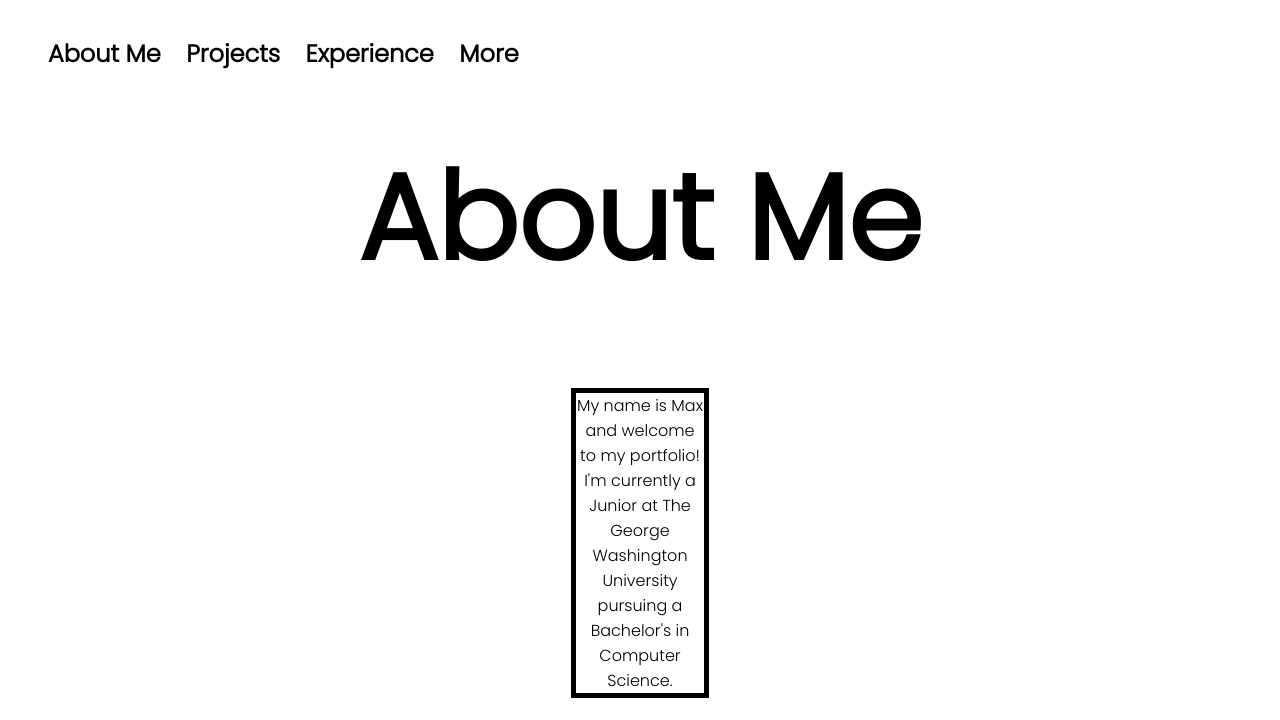
Repository: notMaximilian/maximilianaquino.github.io
Page: about.html
The author's editor kept a copy of each file at every save. The page is drawn from the files as they stood at one save, then again after the next save.
The browser window is 1280 px wide. The pictures show the whole page.

Above is the page before, as saved 2022-02-10 09:48:24.

### about.html
<!DOCTYPE html>
<html lang="en">

<head>
  <meta charset="UTF-8">
  <meta name="viewport" content="width=device-width, initial-scale=1, user-scaleable=no">
  <title>Max Aquino</title>
  <link rel="preconnect" href="https://fonts.googleapis.com">
  <link rel="preconnect" href="https://fonts.gstatic.com" crossorigin>
  <link href="https://fonts.googleapis.com/css2?family=Poppins:wght@300&display=swap" rel="stylesheet">
  <link rel="stylesheet" href="css/subpage.css">
</head>

<body>


      <div class="mainNav">
        <ul class = "navmenu">
          <li class = "navmenuItems"><h2 id="about">About Me</h2></li>
          <li class = "navmenuItems"><h2 id="projects">Projects</h2></li>
          <li class = "navmenuItems"><h2 id="experience">Experience</h2></li>
          <li class = "navmenuItems"><h2 id="more">More</h2></li>
        </ul>

      <br>
      <br>
      <br>
      <h1>About Me</h1>
      <p>My name is Max and welcome to my portfolio! I'm currently a Junior at
        The George Washington University pursuing a Bachelor's in Computer Science.

      </p>



  <!-- Maximilian Fade in and out -->

  <!-- <script src="js/game.js"></script> -->
</body>

</html>

### css/subpage.css
.corners{
    position: absolute;
    width: 16vw;
}

#cornerL{
    transform: translate(-35vw, 23vh);
}
#cornerR{
    transform: translate(35vw, 23vh);
}

#github{
    position: absolute;
    width: 7vw;
    transform: translate(32vw, 28vh);
}
#twitter{
    position: absolute;
    width: 7vw;
    transform: translate(-32vw, 30vh);
}

ul{
    list-style-type: none;
}
li{
    float: left;
    font-family: "Poppins", sans-serif;
    margin-right: 2vw;
}

h1{
    font-family: "Poppins", sans-serif;
    text-align: center;
    margin-top: 8vh;
    font-size: 120px;
}

p{
    inline-size: 10vw;
    font-family: "Poppins", sans-serif;
    text-align: center;
    border: 5px solid black;
    margin: 0 auto;
}

After the next save:
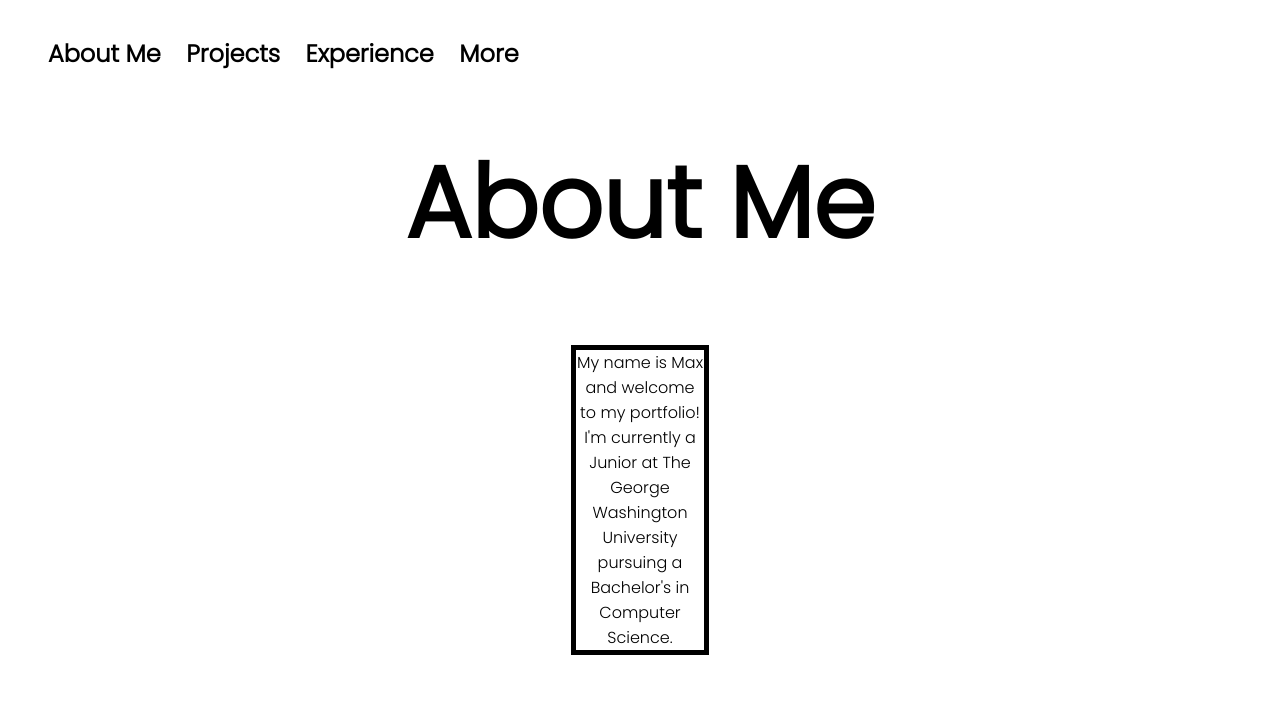
Saved 7 s later.
--- a/css/subpage.css
+++ b/css/subpage.css
@@ -34,7 +34,7 @@ h1{
     font-family: "Poppins", sans-serif;
     text-align: center;
     margin-top: 8vh;
-    font-size: 120px;
+    font-size: 100px;
 }
 
 p{
